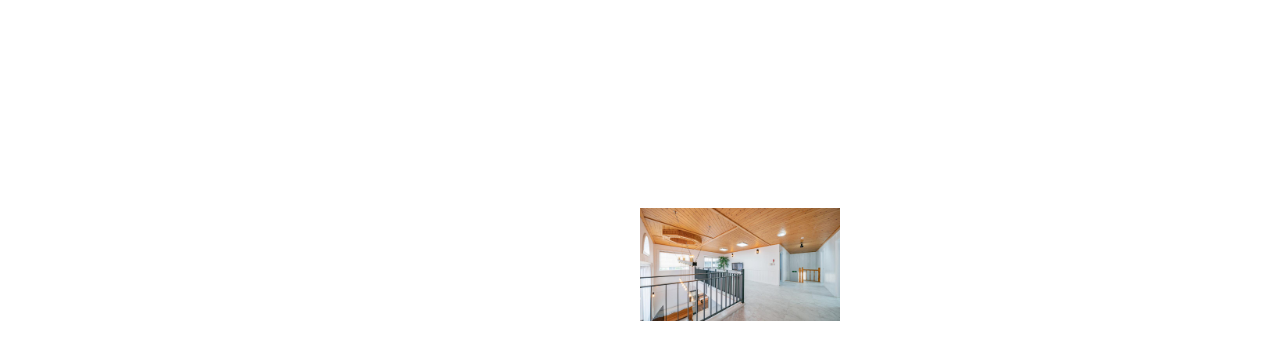
Repository: balsohn/adminshop
Page: http://localhost/jquery/0805/slide.jsp
These files come from the project's save history. The page is drawn as it stood at one moment and after the next save; the edit follows.
The browser window is 1280 px wide. The pictures show the whole page.
The page is served by Tomcat 9.

Above is the page before, as saved 2024-08-23 03:57:06.

After the next save:
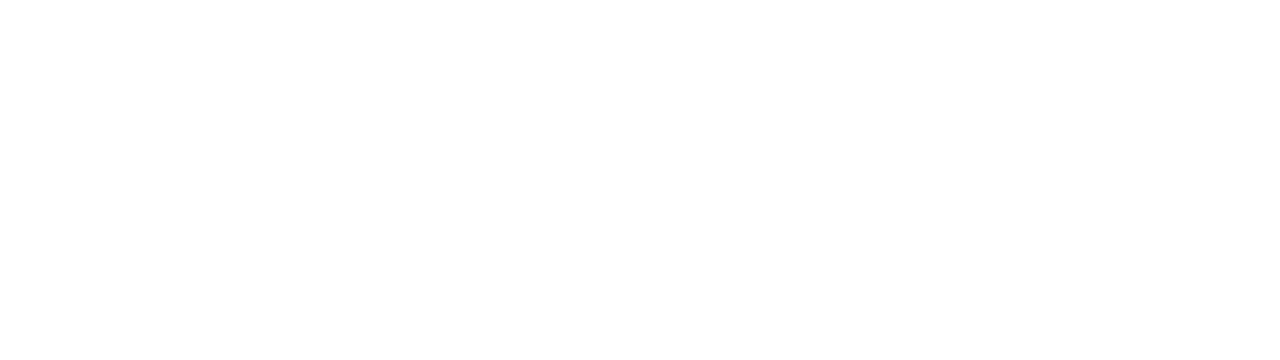
Saved 28 s later.
--- a/work/jquery/src/main/webapp/0805/slide.jsp
+++ b/work/jquery/src/main/webapp/0805/slide.jsp
@@ -4,18 +4,30 @@
 <html>
 <head>
 <meta charset="UTF-8">
-<title>Insert title here</title>
+<title>Image Animation</title>
 <script src="https://code.jquery.com/jquery-latest.js"></script>
 <script>
 	$(function() {
 		$('img').animate({
-			marginRight:"200px"
-		},1000)
-	})
+			marginLeft: "200px" // 콤마(,)를 사용해야 합니다
+		}, 1000);
+	});
 </script>
 <style>
-	section {position:relative; left:50%; top:200px; width:200px; height:113px; overflow: hidden; display:flex;}
-	img {width:200px; height: auto;}
+	section {
+		position: relative;
+		left: 50%;
+		top: 200px;
+		width: 200px;
+		height: 113px;
+		overflow: hidden;
+		display: flex;
+	}
+	img {
+		width: 200px;
+		height: auto;
+		margin-left: 0; /* 초기 margin-left 설정 */
+	}
 </style>
 </head>
 <body>

After the save that followed:
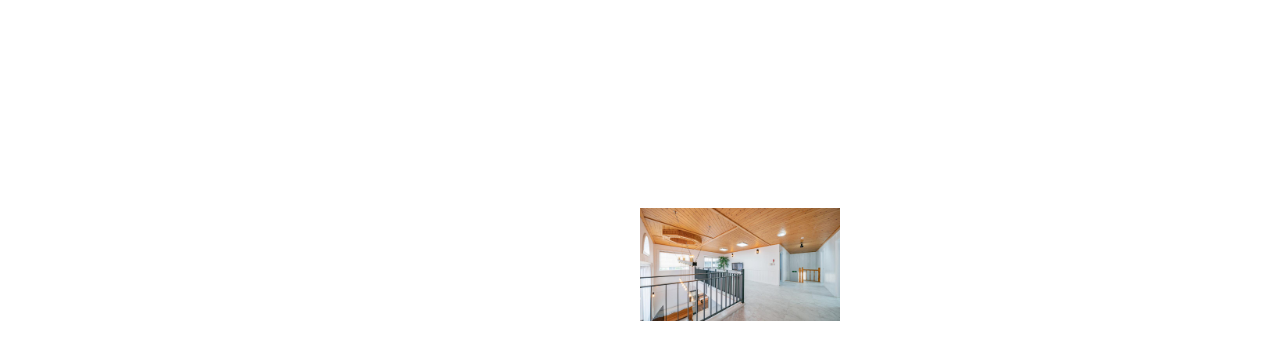
Saved 8 s later.
--- a/work/jquery/src/main/webapp/0805/slide.jsp
+++ b/work/jquery/src/main/webapp/0805/slide.jsp
@@ -4,30 +4,18 @@
 <html>
 <head>
 <meta charset="UTF-8">
-<title>Image Animation</title>
+<title>Insert title here</title>
 <script src="https://code.jquery.com/jquery-latest.js"></script>
 <script>
 	$(function() {
 		$('img').animate({
-			marginLeft: "200px" // 콤마(,)를 사용해야 합니다
-		}, 1000);
-	});
+			marginRight:"200px"
+		},1000)
+	})
 </script>
 <style>
-	section {
-		position: relative;
-		left: 50%;
-		top: 200px;
-		width: 200px;
-		height: 113px;
-		overflow: hidden;
-		display: flex;
-	}
-	img {
-		width: 200px;
-		height: auto;
-		margin-left: 0; /* 초기 margin-left 설정 */
-	}
+	section {position:relative; left:50%; top:200px; width:200px; height:113px; overflow: hidden; display:flex;}
+	img {width:200px; height: auto;}
 </style>
 </head>
 <body>
